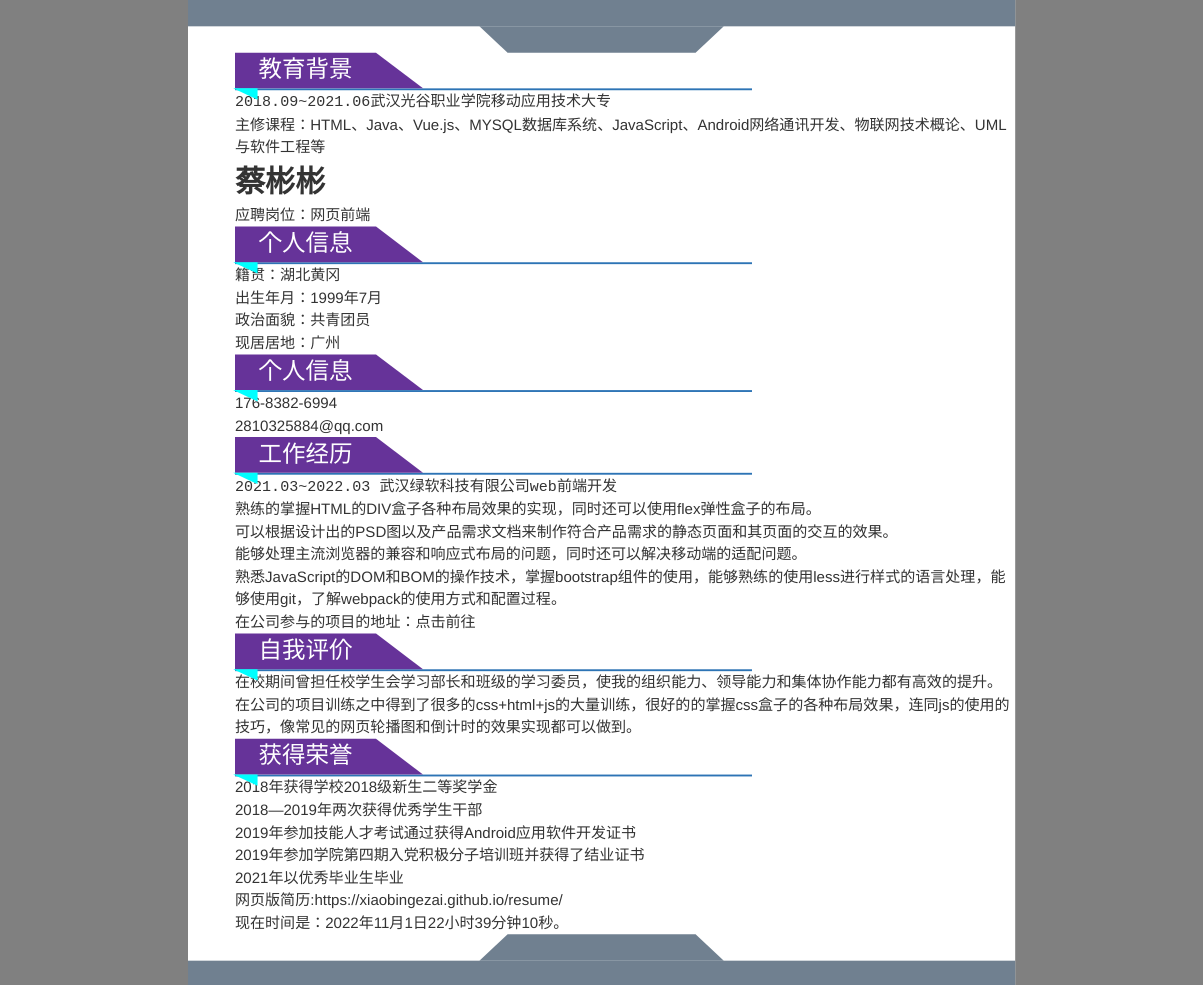
Repository: xiaobingezai/resume
Page: index.html
The author's editor kept a copy of each file at every save. The page is drawn from the files as they stood at one save, then again after the next save.
The browser window is 1280 px wide. The pictures show the whole page, at 94% of full size.

Above is the page before, as saved 2022-11-02 22:45:12.

### index.html
<!DOCTYPE html>
<html lang="en">

<head>
    <meta charset="UTF-8">
    <meta http-equiv="X-UA-Compatible" content="IE=edge">
    <meta name="viewport" content="width=device-width, initial-scale=1.0">
    <title>Document</title>
    <link rel="stylesheet" href="css/index.css">
</head>

<body>
    <div class="wrapper" id="zhengTi">
        <div class="tiXing1"></div>
        <div id="head">
            <div class="jiaoYuBeiJing">
                <div class="zhuangShiTuPian"><samp>教育背景</samp></div>
                <div class="samp1">
                    <samp>2018.09~2021.06</samp><samp>武汉光谷职业学院</samp><samp>移动应用技术</samp><samp>大专</samp>
                </div>
                <p>主修课程：HTML、Java、Vue.js、MYSQL数据库系统、JavaScript、Android网络通讯开发、物联网技术概论、UML与软件工程等</p>
            </div>
            <div id="content" class="clearfix">
                <div class="gongZuoJingLi1">
                    <div class="first">
                        <h1>蔡彬彬</h1>
                        <p>应聘岗位：网页前端</p>
                    </div>
                    <div class="second">
                        <div class="zhuangShiTuPian"><samp>个人信息</samp></div>
                        <ul class="ul1">
                            <li>籍贯：湖北黄冈</li>
                            <li>出生年月：1999年7月</li>
                            <li>政治面貌：共青团员</li>
                            <li>现居居地：广州</li>
                        </ul>
                    </div>
                    <div class="third">
                        <div class="zhuangShiTuPian"><samp>个人信息</samp></div>
                        <ul class="ul2">
                            <li>176-8382-6994</li>
                            <li>2810325884@qq.com</li>
                        </ul>
                    </div>
                </div>
                <div class="gongZuoJingLi">
                    <div class="zhuangShiTuPian"><samp>工作经历</samp></div>

                    <ul class="gongZuoJingLi2">
                        <div class="gongZuo">
                            <samp>2021.03~2022.03 </samp><samp>武汉绿软科技有限公司</samp><samp>web前端开发</samp>
                        </div>
                        <li>熟练的掌握HTML的DIV盒子各种布局效果的实现，同时还可以使用flex弹性盒子的布局。</li>
                        <li>可以根据设计出的PSD图以及产品需求文档来制作符合产品需求的静态页面和其页面的交互的效果。</li>
                        <li>能够处理主流浏览器的兼容和响应式布局的问题，同时还可以解决移动端的适配问题。</li>
                        <li>熟悉JavaScript的DOM和BOM的操作技术，掌握bootstrap组件的使用，能够熟练的使用less进行样式的语言处理，能够使用git，了解webpack的使用方式和配置过程。</li>
                        <li>在公司参与的项目的地址：<a href="http://www.downyi.com/" target="blank">点击前往</a></li>
                    </ul>
                </div>
            </div>
            <div id="tail" class="clearfix">
                <div class="diBu1">
                    <div class="zhuangShiTuPian"><samp>自我评价</samp></div>
                    <ul>
                        <li>在校期间曾担任校学生会学习部长和班级的学习委员，使我的组织能力、领导能力和集体协作能力都有高效的提升。</li>
                        <li>在公司的项目训练之中得到了很多的css+html+js的大量训练，很好的的掌握css盒子的各种布局效果，连同js的使用的技巧，像常见的网页轮播图和倒计时的效果实现都可以做到。</li>
                    </ul>
                </div>
                <div class="diBu2">
                    <div class="zhuangShiTuPian"><samp>获得荣誉</samp></div>
                    <ul>
                        <li>2018年获得学校2018级新生二等奖学金</li>
                        <li>2018—2019年两次获得优秀学生干部</li>
                        <li>2019年参加技能人才考试通过获得Android应用软件开发证书</li>
                        <li>2019年参加学院第四期入党积极分子培训班并获得了结业证书</li>
                        <li>2021年以优秀毕业生毕业</li>
                    </ul>
                </div>
                <div id="jianLi">
                    <p >网页版简历:<a href="https://xiaobingezai.github.io/resume/" target="blank">https://xiaobingezai.github.io/resume/</a></p>
                    <div class="daoJiShi"></div>
                </div>
            </div>
        </div>
        <!-- 底部 -->
        <div class="tiXing2"></div>
    </div>
    <script src="./js/index.js"></script>
</body>

</html>

### css/index.css
/* 清除默认样式的代码 */
/* 去除常见标签默认的 margin 和 padding */
body,
h1,
h2,
h3,
h4,
h5,
h6,
p,
ul,
ol,
li,
dl,
dt,
dd,
input {
    margin: 0;
    padding: 0;
}

/* 內减模式 */
* {
    box-sizing: border-box;
}

/* 设置网页统一的字体大小、行高、字体系列相关属性 */
body {
    font: 16px/1.5 "Helvetica Neue", Helvetica, Arial, "Microsoft Yahei",
        "Hiragino Sans GB", "Heiti SC", "WenQuanYi Micro Hei", sans-serif;
    color: #333;
}

/* 去除列表默认样式 */
ul,
ol {
    list-style: none;
}

/* 去除默认的倾斜效果 */
em,
i {
    font-style: normal;
}

/* 去除a标签默认下划线，并设置默认文字颜色 */
a {
    text-decoration: none;
    color: #333;
}

/* 设置img的垂直对齐方式为居中对齐，去除img默认下间隙 */
img {
    vertical-align: middle;
}

/* 去除input默认样式 */
input {
    border: none;
    outline: none;
    color: #333;
}

/* 左浮动 */
.fl {
    float: left;
}

/* 右浮动 */
.fr {
    float: right;
}

/* 双伪元素清除法 */
.clearfix::before,
.clearfix::after {
    content: "";
    display: table;
}

.clearfix::after {
    clear: both;
}

/* 版心居中 */
.wrapper {
    width: 880px;
    margin: 0 auto;
}

body{
    background-color: rgba(128, 128,128);
}
/* 装饰横条背景 */
.zhuangShiTuPian {
    position: relative;
    text-align: center;
    line-height: 40px;
    font-size: 25px;
    color: #fff;
    width: 550px;
    height: 40px;
    border-bottom: 2px solid #2d74b5;
}
.zhuangShiTuPian::after {
    content: '';
    position: absolute;
    left: -2px;

    width: 0;
    height: 0;
    border-width: 0 26px 12px 0;
    border-style: solid;
    border-color: transparent aqua;
}
.zhuangShiTuPian samp {
    display: block;
    width: 200px;
    height: 0;
    border-bottom: 38px solid rebeccapurple;
    border-right: 50px solid transparent;
}

/* 最外层的盒子的样式设置 */
#zhengTi {
    background-color: #fff;
    border-top: 28px solid #708090 ;
    border-bottom: 28px solid #708090 ;
}
#zhengTi .tiXing1 {
    width: 260px;
    height: 0;
    margin: 0 auto;
    border-top: 28px solid #708090;
    border-left: 30px solid transparent;
    border-right: 30px solid transparent;
}
#zhengTi .tiXing2 {
    width: 260px;
    height: 0;
    margin: 0 auto;
    border-bottom: 28px solid #708090;
    border-left: 30px solid transparent;
    border-right: 30px solid transparent;
}

/* head的区域 */
#zhengTi #head {
    margin-left: 50px;
}

### js/index.js
let daoJiShi = document.querySelector('.daoJiShi');
            shiJian();
            function shiJian() {
                let time = new Date();
                let nian = time.getFullYear();
                let yue = time.getMonth();
                let ri = time.getDate();
                let h = time.getHours();
                let m = time.getMinutes();
                let s = time.getSeconds();
                let dangQianShiJian = '现在时间是：' + +nian + '年' + (yue + 1) + '月' + ri + '日' + h + '小时' + m + '分钟' + s + '秒' +
                    '。';
                daoJiShi.innerHTML = dangQianShiJian;
            }
            setInterval('shiJian()', 1000);

After the next save:
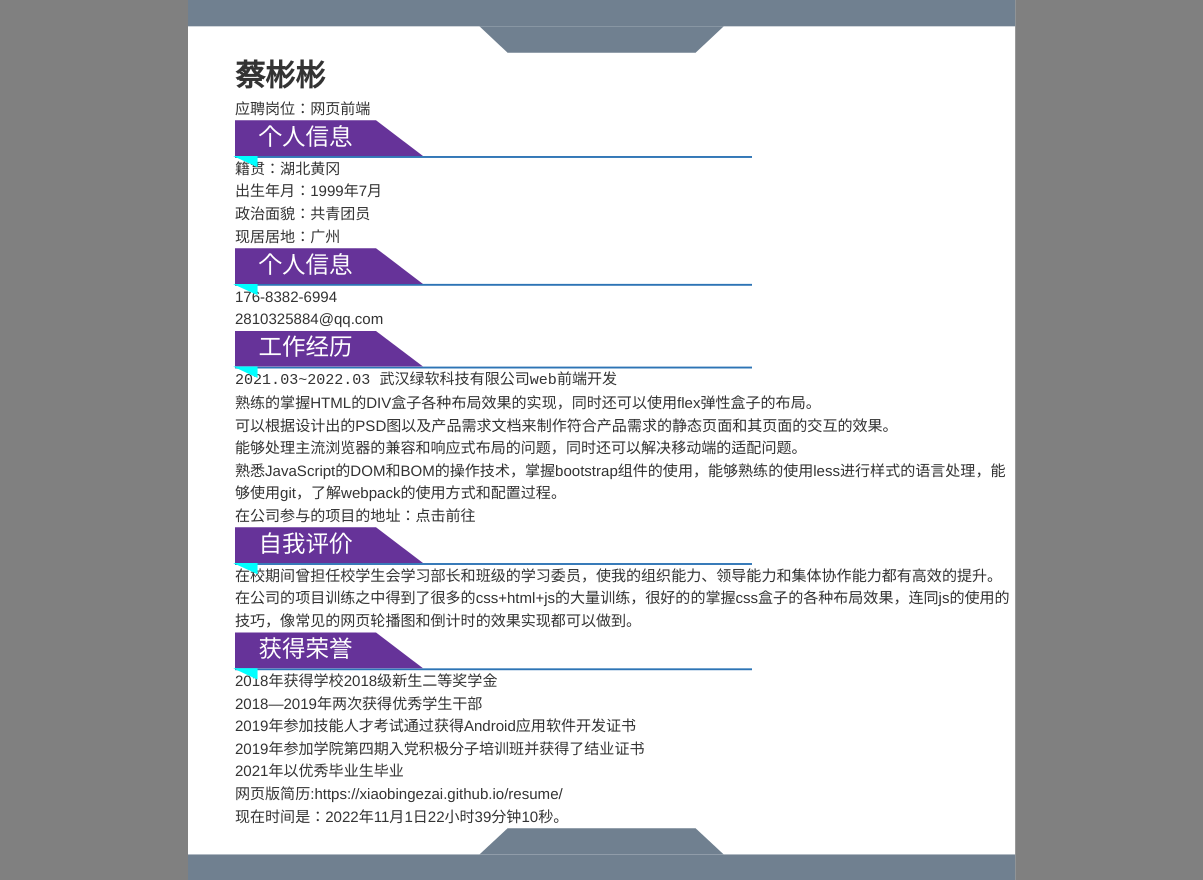
Saved 76 s later.
--- a/index.html
+++ b/index.html
@@ -14,11 +14,12 @@
         <div class="tiXing1"></div>
         <div id="head">
             <div class="jiaoYuBeiJing">
-                <div class="zhuangShiTuPian"><samp>教育背景</samp></div>
-                <div class="samp1">
-                    <samp>2018.09~2021.06</samp><samp>武汉光谷职业学院</samp><samp>移动应用技术</samp><samp>大专</samp>
-                </div>
-                <p>主修课程：HTML、Java、Vue.js、MYSQL数据库系统、JavaScript、Android网络通讯开发、物联网技术概论、UML与软件工程等</p>
+                <ul>
+                    <li></li>
+                    <li></li>
+                    <li></li>
+                    <li></li>
+                </ul>
             </div>
             <div id="content" class="clearfix">
                 <div class="gongZuoJingLi1">
